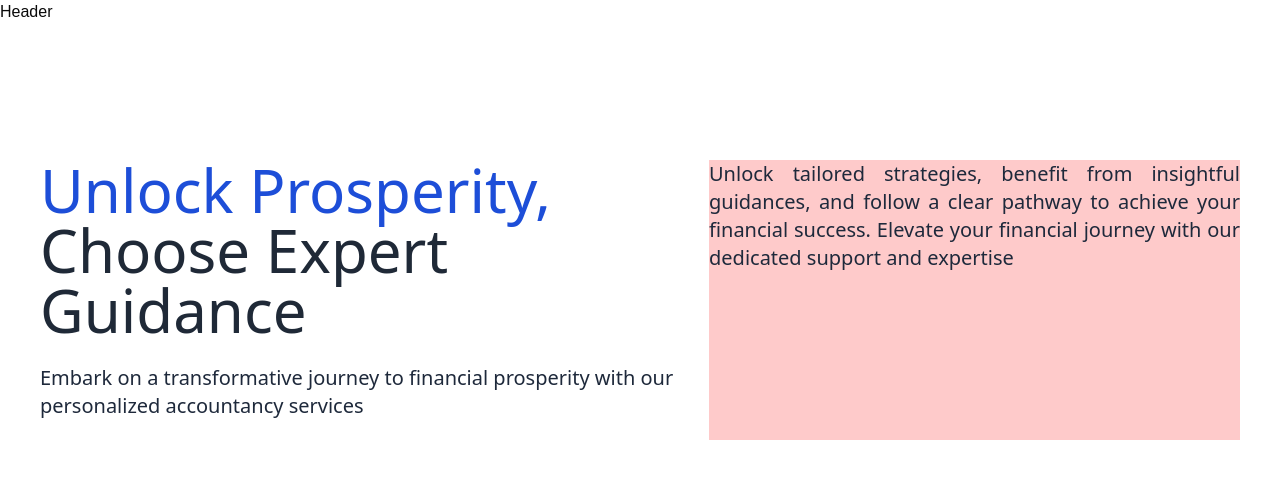
Repository: vespersolutionspk18/integrast-website
Page: /
These files come from the project's save history. The page is drawn as it stood at one moment and after the next save; the edit follows.
The browser window is 1280 px wide. The pictures show the whole page.
The project was rebuilt for these pictures with package versions that can differ from the ones it lists, and the page was loaded fresh each time. The framework's server and built-in components were replaced by stand-ins that run in the browser. Also part of the build but not shown: next.config.ts.

Above is the page before, as saved 2024-12-09 14:48:22.

After the next save:
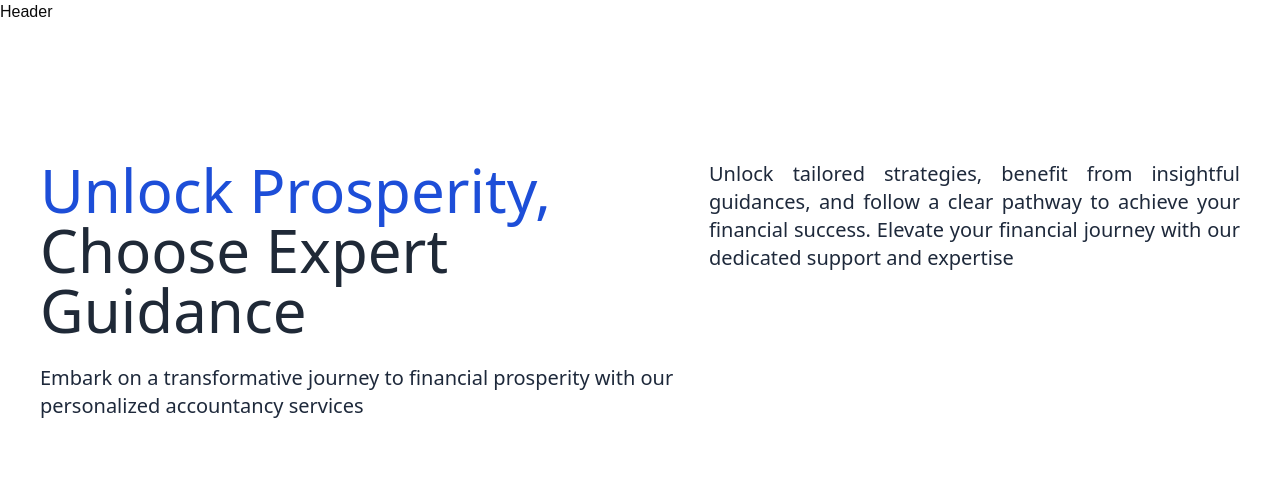
Saved 5 s later.
--- a/app/Hero.tsx
+++ b/app/Hero.tsx
@@ -8,7 +8,7 @@ const Hero = () => {
                 <h1 className="font-light font-sans text-6xl text-blue-700">Unlock Prosperity, <span className="text-gray-800">Choose Expert Guidance</span></h1>
                 <h4 className="text-xl font-sans text-slate-800 mt-6">Embark on a transformative journey to financial prosperity with our personalized accountancy services</h4>
             </div>
-            <div className="w-[45%] flex flex-col items-start bg-red-200">
+            <div className="w-[45%] flex flex-col items-start ">
                 <h4 className="text-xl text-justify font-sans text-slate-800">Unlock tailored strategies, benefit from insightful guidances, and follow a clear pathway to achieve your financial success. Elevate your financial journey with our dedicated support and expertise</h4>
             </div>
         </div>
